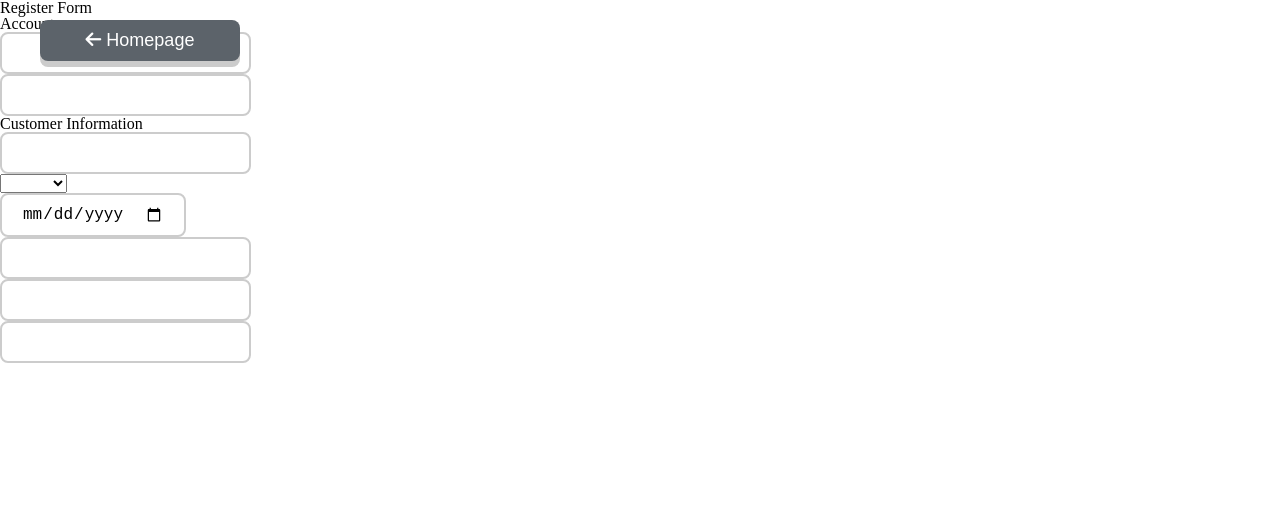
Repository: Trung0810/btl_cnpm_fe
Page: /
An editor plug-in stored every save of this project. The page is shown before and after the next save, followed by the edit.
The browser window is 1280 px wide. The pictures show the whole page.
The project was rebuilt for these pictures with package versions that can differ from the ones it lists, and the page was loaded fresh each time. Also part of the build but not shown: src/components/header/header.css, src/components/header/Header.js, src/components/footer/Footer.css, src/components/footer/Footer.js, src/components/shoes_list/ShoesCard.css, src/components/shoes_list/ShoesCard.js, src/components/shoes_list/ShoesList.css, src/components/shoes_list/ShoesList.js and 17 more.

Above is the page before, as saved 2026-03-31 13:26:59.

After the next save:
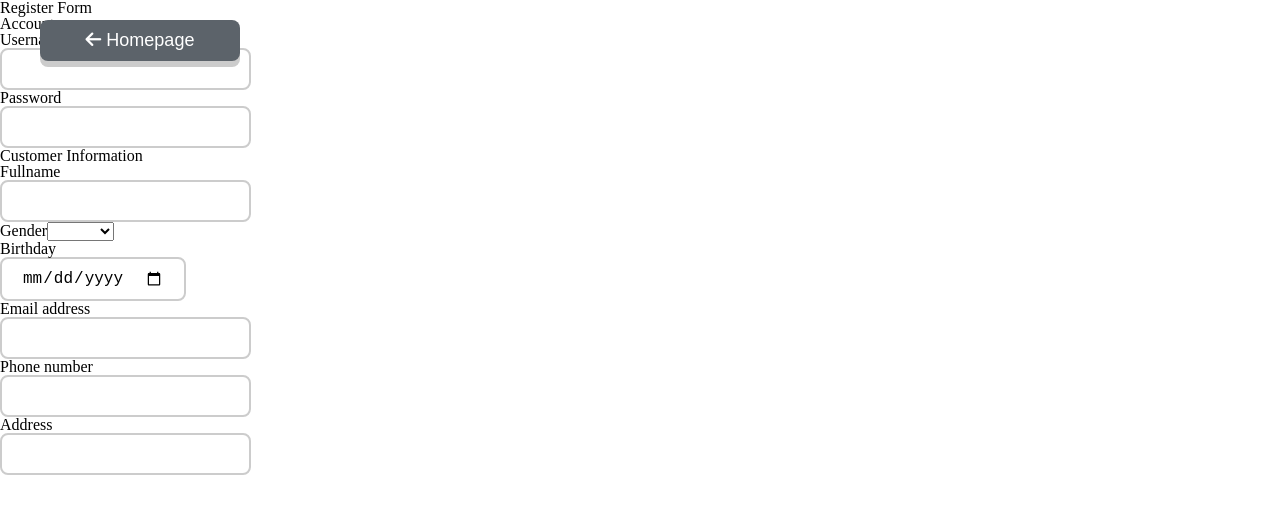
Saved 59 s later.
--- a/src/components/register_form/RegisterForm.js
+++ b/src/components/register_form/RegisterForm.js
@@ -7,22 +7,22 @@ const RegisterForm = () => {
       <div className="register-account">
         <h3>Account</h3>
         <div className="register-form-wrapper">
-          <label htmlFor="username"></label>
+          <label htmlFor="username">Username</label>
           <input type="text" name="username" id="username" />
         </div>
         <div className="register-form-wrapper">
-          <label htmlFor="password"></label>
+          <label htmlFor="password">Password</label>
           <input type="text" name="password" id="password" />
         </div>
       </div>
       <div className="register-infor">
         <h3>Customer Information</h3>
         <div className="register-form-wrapper">
-          <label htmlFor="fullname"></label>
+          <label htmlFor="fullname">Fullname</label>
           <input type="text" name="fullname" id="fullname" />
         </div>
         <div className="register-form-wrapper">
-          <label htmlFor="gender"></label>
+          <label htmlFor="gender">Gender</label>
           <select name="gender" id="gender">
             <option value=""></option>
             <option value="Male">Male</option>
@@ -31,19 +31,19 @@ const RegisterForm = () => {
           </select>
         </div>
         <div className="register-form-wrapper">
-          <label htmlFor="date"></label>
+          <label htmlFor="date">Birthday</label>
           <input type="date" name="date" id="date" />
         </div>
         <div className="register-form-wrapper">
-          <label htmlFor="email"></label>
+          <label htmlFor="email">Email address</label>
           <input type="email" name="email" id="email" />
         </div>
         <div className="register-form-wrapper">
-          <label htmlFor="phone"></label>
+          <label htmlFor="phone">Phone number</label>
           <input type="phone" name="phone" id="phone" />
         </div>
         <div className="register-form-wrapper">
-          <label htmlFor="address"></label>
+          <label htmlFor="address">Address</label>
           <input type="text" name="address" id="address" />
         </div>
       </div>
